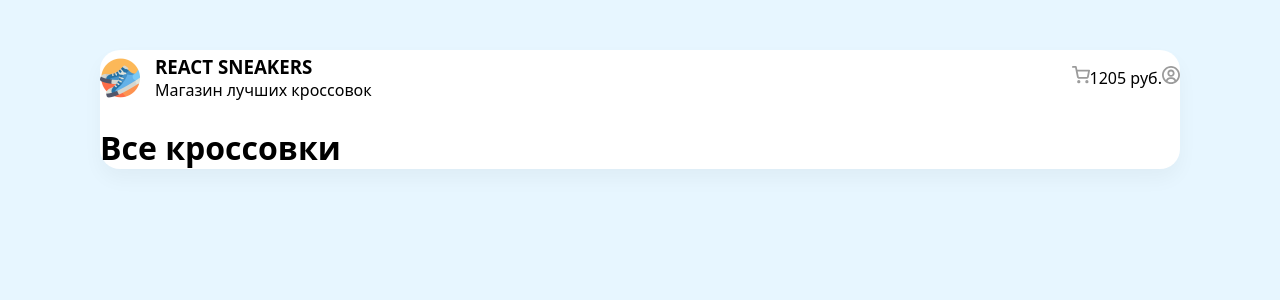
Repository: VaheHarutyunyan/react-sneakers
Page: /
An editor plug-in stored every save of this project. The page is shown before and after the next save, followed by the edit.
The browser window is 1280 px wide. The pictures show the whole page.
The project was rebuilt for these pictures with package versions that can differ from the ones it lists, and the page was loaded fresh each time.

Above is the page before, as saved 2021-07-22 12:55:34.

After the next save:
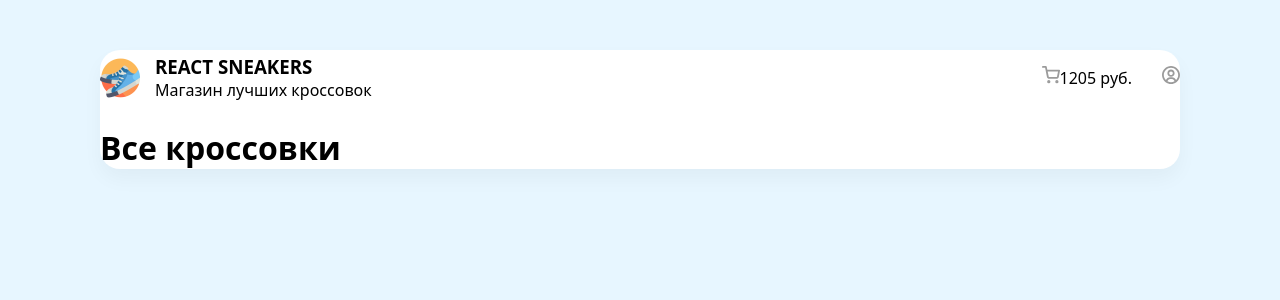
Saved 10 s later.
--- a/src/index.scss
+++ b/src/index.scss
@@ -34,5 +34,8 @@
   }
   .headerRight{
     display: flex;
+    .chart{
+      margin-right: 30px;
+    }
   }
 }
